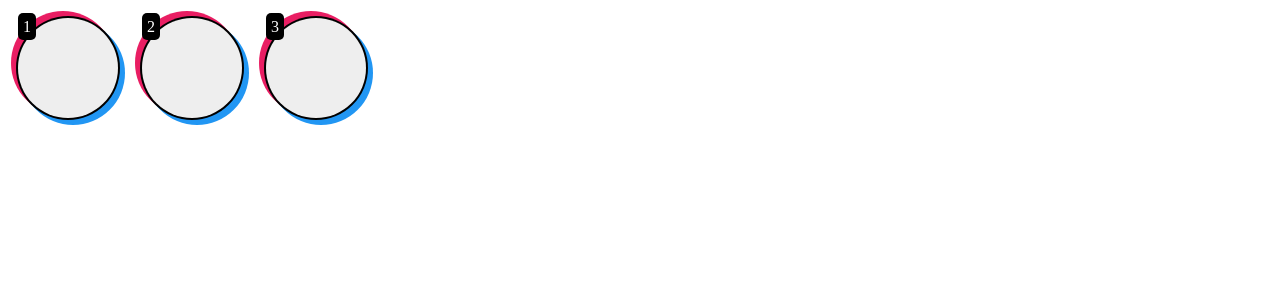
Repository: Body789/CSS_ELZERO
Page: Assignments/Assigmennt_10/Assignment_1/index.html
The author's editor kept a copy of each file at every save. The page is drawn from the files as they stood at one save, then again after the next save.
The browser window is 1280 px wide. The pictures show the whole page.

Above is the page before, as saved 2022-09-18 00:39:04.

After the next save:
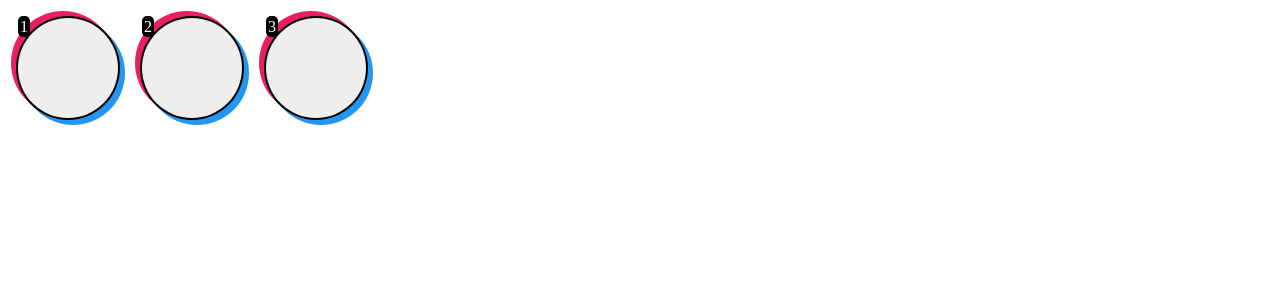
Saved 10 s later.
--- a/Assignments/Assigmennt_10/Assignment_1/Css/style.css
+++ b/Assignments/Assigmennt_10/Assignment_1/Css/style.css
@@ -19,5 +19,5 @@ div::after {
   width: 10px;
   height: 10px;
   border-radius: 5px;
-  padding: 5px;
+  padding: 2px;
 }
